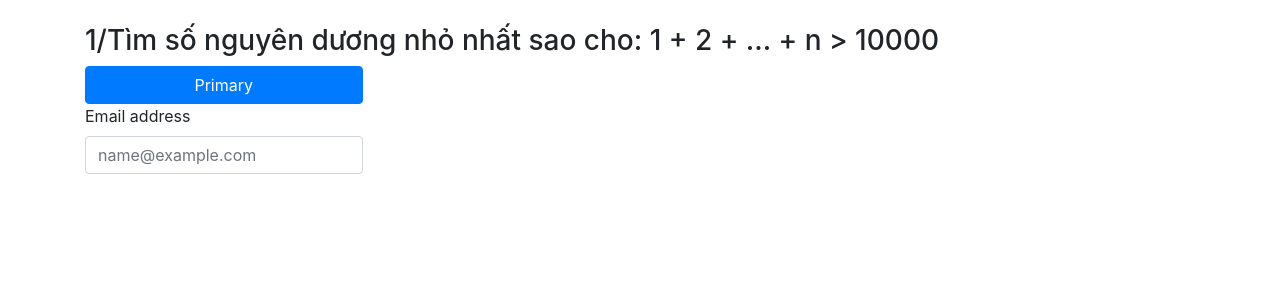
Repository: baobaodeveloper/bootcamp21__loop__HuynhAnhBao
Page: index.html
The author's editor kept a copy of each file at every save. The page is drawn from the files as they stood at one save, then again after the next save.
The browser window is 1280 px wide. The pictures show the whole page.

Above is the page before, as saved 2022-03-16 22:57:19.

### index.html
<!DOCTYPE html>
<html lang="en">
  <head>
    <title>Exercise Js</title>
    <!-- Required meta tags -->
    <meta charset="utf-8" />
    <meta
      name="viewport"
      content="width=device-width, initial-scale=1, shrink-to-fit=no"
    />

    <!-- Bootstrap CSS -->
    <link
      rel="stylesheet"
      href="https://stackpath.bootstrapcdn.com/bootstrap/4.3.1/css/bootstrap.min.css"
      integrity="sha384-ggOyR0iXCbMQv3Xipma34MD+dH/1fQ784/j6cY/iJTQUOhcWr7x9JvoRxT2MZw1T"
      crossorigin="anonymous"
    />
  </head>
  <body>
    <!--1/Tìm số nguyên dương nhỏ nhất sao cho:
    1 + 2 + … + n > 10000-->
    <div class="container mt-4">
      <h3>1/Tìm số nguyên dương nhỏ nhất sao cho: 1 + 2 + … + n > 10000</h3>
      <div class="mb-3 flex-md-column d-flex w-25">
        <button type="button" class="btn btn-primary">Primary</button>
        <label for="exampleFormControlInput1" class="form-label"
          >Email address</label
        >
        <input
          type="email"
          class="form-control"
          id="exampleFormControlInput1"
          placeholder="name@example.com"
        />
      </div>
    </div>

    <!-- Optional JavaScript -->
    <!-- jQuery first, then Popper.js, then Bootstrap JS -->
    <script
      src="https://code.jquery.com/jquery-3.3.1.slim.min.js"
      integrity="sha384-q8i/X+965DzO0rT7abK41JStQIAqVgRVzpbzo5smXKp4YfRvH+8abtTE1Pi6jizo"
      crossorigin="anonymous"
    ></script>
    <script
      src="https://cdnjs.cloudflare.com/ajax/libs/popper.js/1.14.7/umd/popper.min.js"
      integrity="sha384-UO2eT0CpHqdSJQ6hJty5KVphtPhzWj9WO1clHTMGa3JDZwrnQq4sF86dIHNDz0W1"
      crossorigin="anonymous"
    ></script>
    <script
      src="https://stackpath.bootstrapcdn.com/bootstrap/4.3.1/js/bootstrap.min.js"
      integrity="sha384-JjSmVgyd0p3pXB1rRibZUAYoIIy6OrQ6VrjIEaFf/nJGzIxFDsf4x0xIM+B07jRM"
      crossorigin="anonymous"
    ></script>
  </body>
</html>

After the next save:
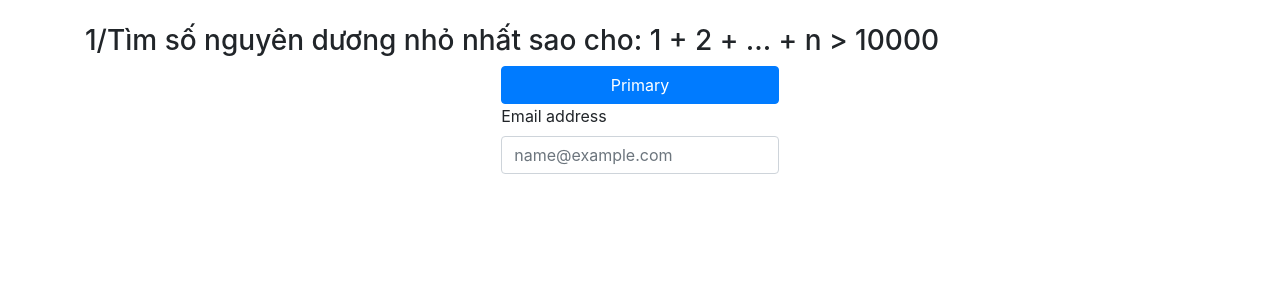
Saved 11 s later.
--- a/index.html
+++ b/index.html
@@ -22,7 +22,7 @@
     1 + 2 + … + n > 10000-->
     <div class="container mt-4">
       <h3>1/Tìm số nguyên dương nhỏ nhất sao cho: 1 + 2 + … + n > 10000</h3>
-      <div class="mb-3 flex-md-column d-flex w-25">
+      <div class="mb-3 flex-md-column d-flex w-25 m-auto">
         <button type="button" class="btn btn-primary">Primary</button>
         <label for="exampleFormControlInput1" class="form-label"
           >Email address</label
